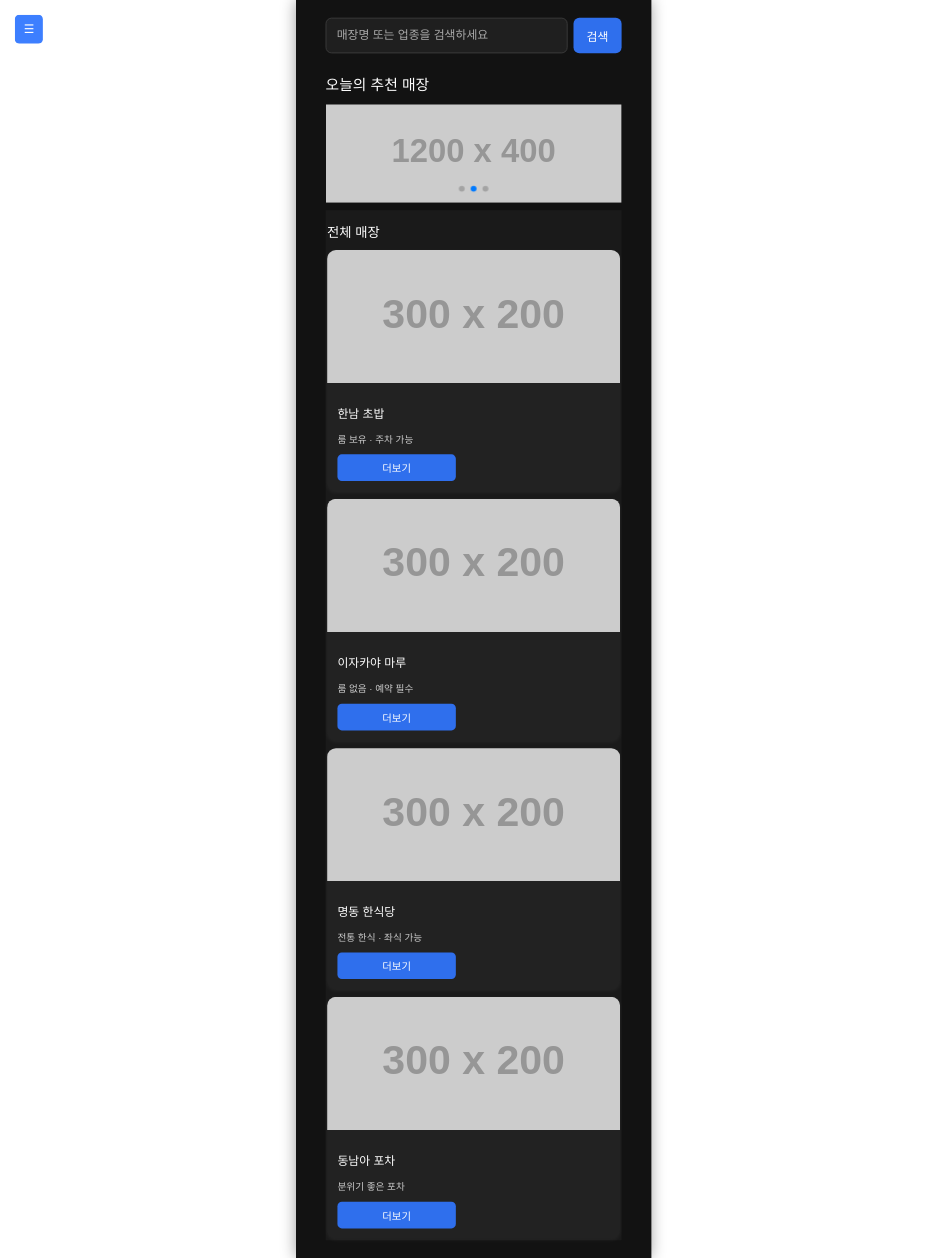
Repository: noiredex/Choplan-API
Page: / (app in choplan/frontend_main/)
These files come from the project's save history. The page is drawn as it stood at one moment and after a run of saves; the edit follows.
The browser window is 1280 px wide. The pictures show the whole page, at 74% of full size.
The project was rebuilt for these pictures with package versions that can differ from the ones it lists, and the page was loaded fresh each time. Also part of the build but not shown: choplan/frontend_main/vite.config.js, choplan/frontend_main/vite.config.ts, choplan/frontend_main/src/styles/StoreDetailPage.css, choplan/frontend_main/src/pages/StoreDetailPage.jsx.

Above is the page before, as saved 2025-10-29 10:31:37.

### choplan/frontend_main/index.html
<!doctype html>
<html lang="en">
  <head>
    <meta charset="UTF-8" />
    <link rel="icon" type="image/svg+xml" href="/vite.svg" />
    <meta name="viewport" content="width=device-width, initial-scale=1.0" />
    <title>frontend_main</title>
  </head>
  <body>
    <div id="root"></div>
    <script type="module" src="/src/main.jsx"></script>
  </body>
</html>

### choplan/frontend_main/src/App.jsx
import { Routes, Route } from "react-router-dom";
import HomePage from "./pages/HomePage";
import StoreDetailPage from "./pages/StoreDetailPage";
import "./App.css";

export default function App() {
  return (
    <Routes>
      <Route path="/" element={<HomePage />} />
      <Route path="/store/:id" element={<StoreDetailPage />} />
    </Routes>
  );
}

### choplan/frontend_main/src/pages/Homepage.jsx
import React, { useState } from "react";
import Sidebar from "../components/common/Sidebar";
import SearchBar from "../components/home/SearchBar";
import BannerSlider from "../components/home/BannerSlider";
import RecommendedStores from "../components/home/RecommendedStores";
import "../styles/HomePage.css";

export default function HomePage() {
  const [selectedCategory, setSelectedCategory] = useState("전체");
  const [searchQuery, setSearchQuery] = useState("");

  return (
    <div className="home-container">
      {/* 사이드바 */}
      <Sidebar
        selectedCategory={selectedCategory}
        onSelectCategory={setSelectedCategory}
        searchQuery={searchQuery}
      />

      {/* 메인 콘텐츠 */}
      <div className="main-content">
        <SearchBar onSearch={setSearchQuery} />

        {/* 추천 배너 */}
        <section className="banner-section">
          <h2>오늘의 추천 매장</h2>
          <BannerSlider />
        </section>

        {/* 매장 목록 */}
        <section className="store-section">
          <RecommendedStores
            category={selectedCategory}
            searchQuery={searchQuery}
          />
        </section>
      </div>
    </div>
  );
}

### choplan/frontend_main/src/App.css
/* ==============================
   App.css — 전역 스타일
   ============================== */

/* 기본 페이지 레이아웃 */
html, body {
  margin: 0;
  padding: 0;
  background-color: #181818; /* Soft Charcoal */
  color: #E0E0E0;
  font-family: 'Noto Sans KR', sans-serif;
  display: flex;
  justify-content: center;
}

/* 전체 앱을 중앙에 고정 (모바일 480px 기준) */
#root {
  width: 100%;
  max-width: 480px;
  min-height: 100vh;
  background-color: #1E1E1E;
  box-shadow: 0 0 20px rgba(0, 0, 0, 0.4);
  overflow-x: hidden;
  position: relative;
}

/* 스크롤바 다크모드 스타일 */
::-webkit-scrollbar {
  width: 6px;
}
::-webkit-scrollbar-track {
  background: #1a1a1a;
}
::-webkit-scrollbar-thumb {
  background: #444;
  border-radius: 4px;
}
::-webkit-scrollbar-thumb:hover {
  background: #555;
}

/* 공통 버튼 스타일 */
button {
  background-color: #3D7FFF;
  color: white;
  border: none;
  border-radius: 8px;
  padding: 10px 16px;
  cursor: pointer;
  transition: background-color 0.2s ease;
}
button:hover {
  background-color: #5596FF;
}

/* 링크 */
a {
  text-decoration: none;
  color: inherit;
}

### choplan/frontend_main/src/components/common/Sidebar.jsx
import React, { useState, useEffect } from "react";
import "../../styles/Sidebar.css";

export default function Sidebar({ selectedCategory, onSelectCategory, searchQuery }) {
  const [isOpen, setIsOpen] = useState(false);

  const categories = [
    "전체",
    "이자카야",
    "초밥",
    "한식",
    "양식",
    "중식",
    "동남아",
    "인도",
    "기타",
  ];

  // 검색어에 따라 자동 카테고리 선택
  useEffect(() => {
    if (searchQuery && searchQuery.trim() !== "") {
      const matched = categories.find((cat) => searchQuery.includes(cat));
      if (matched) onSelectCategory(matched);
    }
  }, [searchQuery]);

  return (
    <>
      {/* 햄버거 버튼 (항상 노출) */}
      <button
        className="sidebar-toggle"
        onClick={() => setIsOpen(!isOpen)}
        aria-label="메뉴 열기"
      >
        ☰
      </button>

      {/* 오버레이 (열릴 때만) */}
      {isOpen && <div className="overlay" onClick={() => setIsOpen(false)}></div>}

      {/* 세로형 사이드바 */}
      <aside className={`sidebar ${isOpen ? "open" : ""}`}>
        <ul className="sidebar-list">
          {categories.map((category, index) => (
            <li
              key={index}
              className={selectedCategory === category ? "active" : ""}
              onClick={() => {
                onSelectCategory(category);
                setIsOpen(false);
              }}
            >
              {category}
            </li>
          ))}
        </ul>
      </aside>
    </>
  );
}

### choplan/frontend_main/src/components/home/SearchBar.jsx
import React, { useState } from "react";
import "../../styles/SearchBar.css";

export default function SearchBar({ onSearch }) {
  const [query, setQuery] = useState("");

  const handleInputChange = (e) => {
    setQuery(e.target.value);
  };

  const handleSearch = (e) => {
    e.preventDefault();
    onSearch(query);
  };

  return (
    <form className="search-bar" onSubmit={handleSearch}>
      <input
        type="text"
        placeholder="매장명 또는 업종을 검색하세요"
        value={query}
        onChange={handleInputChange}
      />
      <button type="submit">검색</button>
    </form>
  );
}

### choplan/frontend_main/src/components/home/BannerSlider.jsx
import React from "react";
import { Swiper, SwiperSlide } from "swiper/react";
import { Autoplay, Pagination } from "swiper/modules";
import "swiper/css";
import "swiper/css/pagination";
import "../../styles/BannerSlider.css";

export default function BannerSlider() {
  const banners = [
    {
      id: 1,
      img: "https://placehold.co/1200x400/007bff/ffffff?text=오늘의+추천매장+1",
      alt: "추천 매장 1",
    },
    {
      id: 2,
      img: "https://placehold.co/1200x400/f07b00/ffffff?text=오늘의+추천매장+2",
      alt: "추천 매장 2",
    },
    {
      id: 3,
      img: "https://placehold.co/1200x400/008c4a/ffffff?text=오늘의+추천매장+3",
      alt: "추천 매장 3",
    },
  ];

  return (
    <div className="banner-slider-container">
      <Swiper
        modules={[Autoplay, Pagination]}
        pagination={{ clickable: true }}
        autoplay={{ delay: 4000, disableOnInteraction: false }}
        loop={true}
        spaceBetween={0}
        slidesPerView={1}
        className="banner-swiper"
      >
        {banners.map((banner) => (
          <SwiperSlide key={banner.id}>
            <img
              src={banner.img}
              alt={banner.alt}
              className="banner-image"
            />
          </SwiperSlide>
        ))}
      </Swiper>
    </div>
  );
}

### choplan/frontend_main/src/components/home/RecommendedStores.jsx
import React, { useEffect, useState } from "react";
import { useNavigate } from "react-router-dom";
import "../../styles/RecommendedStores.css";

export default function RecommendedStores({ category, searchQuery }) {
  const [stores, setStores] = useState([]);
  const navigate = useNavigate(); // 페이지 이동 훅

  // 예시 데이터 (실제 API 연결 시 이 부분 대체)
  const allStores = [
    { id: 1, name: "한남 초밥", category: "초밥", desc: "룸 보유 · 주차 가능", img: "https://placehold.co/300x200" },
    { id: 2, name: "이자카야 마루", category: "이자카야", desc: "룸 없음 · 예약 필수", img: "https://placehold.co/300x200" },
    { id: 3, name: "명동 한식당", category: "한식", desc: "전통 한식 · 좌식 가능", img: "https://placehold.co/300x200" },
    { id: 4, name: "동남아 포차", category: "동남아", desc: "분위기 좋은 포차", img: "https://placehold.co/300x200" },
  ];

  useEffect(() => {
    let filtered = allStores;

    // 검색어 반영
    if (searchQuery) {
      filtered = filtered.filter((store) =>
        store.name.toLowerCase().includes(searchQuery.toLowerCase())
      );
    }

    // 카테고리 반영
    if (category && category !== "전체") {
      filtered = filtered.filter((store) => store.category === category);
    }

    setStores(filtered);
  }, [category, searchQuery]);

  return (
    <div className="recommended-stores">
      <h2>{category ? category : "전체"} 매장</h2>

      <div className="store-grid">
        {stores.length > 0 ? (
          stores.map((store) => (
            <div className="store-card" key={store.id}>
              <img src={store.img} alt={store.name} />
              <div className="store-info">
                <h3>{store.name}</h3>
                <p>{store.desc}</p>
                <button onClick={() => navigate(`/store/${store.id}`)}>더보기</button>
              {/* 더보기 클릭시 /store/매장id 페이지로 이동 */}
              </div>
            </div>
          ))
        ) : (
          <p className="no-results">검색 결과가 없습니다.</p>
        )}
      </div>
    </div>
  );
}

### choplan/frontend_main/src/styles/HomePage.css
/* ===== 기본 구조 ===== */
.home-container {
  display: flex;
  flex-direction: row;
  align-items: stretch;
  justify-content: flex-start;
  width: 100%;
  min-height: 100vh;
  background-color: #121212; /* 다크모드 배경 */
  overflow: hidden;
  box-sizing: border-box;
  color: #f0f0f0;
}

/* ===== 메인 콘텐츠 ===== */
.main-content {
  flex: 1;
  display: flex;
  flex-direction: column;
  justify-content: flex-start;
  align-items: stretch;
  padding: 24px 40px;
  overflow-y: auto;
  transition: all 0.3s ease;
}

/* ===== 검색바 ===== */
.search-bar {
  margin-bottom: 10px; /* 기존보다 10px 줄임 */
}

/* ===== 베너 섹션 ===== */
.benner-section {
  text-align: center;
  margin-top: 10px; /* 기존보다 10px 줄임 */
  margin-bottom: 20px; /* 아래 ‘전체매장’ 간격 줄임 */
  display: flex;
  flex-direction: column;
  align-items: center;
}

.banner-section h2 {
  font-size: 20px; /* 기존 24px → 20px */
  font-weight: 700;
  color: #ffffff;
  margin-bottom: 12px;
}

.banner-section .swiper-container {
  width: 100%;
  max-width: 1200px;
  aspect-ratio: 16 / 9;
  border-radius: 12px;
  overflow: hidden;
  object-fit: cover;
  height: auto !important;
  flex-shrink: 0;
}

.banner-section .swiper-slide img {
  width: 100%;
  height: 100%;
  object-fit: cover;
  display: block;
}

/* ===== 추천 매장 섹션 ===== */
.store-section {
  width: 100%;
  margin-top: 10px; /* 기존보다 10px 줄임 */
  flex-grow: 1;
}

/* 반응형 대응 */
@media (max-width: 1024px) {
  .banner-section h2 {
    font-size: 18px;
  }
}

### choplan/frontend_main/src/styles/Sidebar.css
/* ==============================
   Sidebar.css — 카테고리 & 햄버거 버튼
   ============================== */

/* ===== 사이드바 전체 ===== */
.sidebar {
  position: fixed;
  top: 0;
  left: 0;
  width: 220px;
  height: 100%;
  background: #202020; /* Soft Charcoal */
  border-right: 1px solid #2c2c2c;
  overflow-y: auto;
  transform: translateX(-100%);
  transition: transform 0.3s ease-in-out;
  z-index: 1000;
}

/* 열렸을 때 */
.sidebar.open {
  transform: translateX(0);
}

/* ===== 햄버거 버튼 ===== */
.sidebar-toggle {
  position: fixed;
  top: 20px;
  left: 20px;
  z-index: 1100;
  background: #3D7FFF;
  color: white;
  border: none;
  border-radius: 6px;
  padding: 10px 12px;
  font-size: 16px;
  cursor: pointer;
  transition: background 0.2s ease;
}

.sidebar-toggle:hover {
  background: #5596FF;
}

/* ===== 카테고리 리스트 ===== */
.sidebar-list {
  list-style: none;
  margin: 70px 0 0 0; /* 버튼 아래쪽 여백 확보 */
  padding: 0;
  display: flex;
  flex-direction: column;
}

.sidebar-list li {
  padding: 14px 18px;
  color: #E0E0E0;
  font-size: 15px;
  cursor: pointer;
  border-bottom: 1px solid #2b2b2b;
  transition: all 0.2s ease;
}

.sidebar-list li:hover {
  background-color: #2a2a2a;
}

.sidebar-list li.active {
  background-color: #3D7FFF;
  color: #fff;
  font-weight: 600;
}

/* “전체” 항목 상단 고정 */
.sidebar-list li:first-child {
  position: sticky;
  top: 0;
  background: #202020;
  z-index: 3;
  font-weight: bold;
  border-bottom: 1px solid #2c2c2c;
}

/* ===== 스크롤바 ===== */
.sidebar-list::-webkit-scrollbar {
  width: 6px;
}
.sidebar-list::-webkit-scrollbar-thumb {
  background: #333;
  border-radius: 3px;
}
.sidebar-list::-webkit-scrollbar-thumb:hover {
  background: #444;
}

/* ===== 반응형 ===== */
@media (max-width: 1024px) {
  .sidebar {
    width: 220px;
  }
}

@media (max-width: 600px) {
  .sidebar {
    width: 200px;
  }

  .sidebar-list li {
    font-size: 14px;
    padding: 12px 14px;
  }

  .sidebar-toggle {
    padding: 8px 10px;
    font-size: 14px;
    top: 15px;
    left: 15px;
  }
}

### choplan/frontend_main/src/styles/SearchBar.css
.search-bar {
  display: flex;
  align-items: center; /* 세로 중앙 정렬 */
  justify-content: center;
  width: 100%;
  max-width: 600px;
  margin: 0 auto;
}

.search-bar input {
  flex: 1;
  height: 48px; /* 버튼과 동일 높이 */
  padding: 0 14px;
  border: 1px solid #444;
  border-radius: 8px;
  background-color: #1f1f1f;
  color: #f0f0f0;
  font-size: 16px;
  outline: none;
  box-sizing: border-box;
}

.search-bar input::placeholder {
  color: #aaa;
}

.search-bar button {
  height: 48px; /* input과 완전 동일 높이 */
  padding: 0 18px;
  border: none;
  background-color: #2f6fed;
  color: white;
  font-size: 16px;
  border-radius: 8px;
  margin-left: 8px; /* input과의 간격 */
  cursor: pointer;
  transition: background-color 0.2s ease;
}

.search-bar button:hover {
  background-color: #1d56c4;
}

### choplan/frontend_main/src/styles/BannerSlider.css
/* ==============================
   BannerSlider.css — 자동 슬라이드 배너
   ============================== */

/* ===== 배너 전체 ===== */
.banner-slider {
  position: relative;
  width: 100%;
  max-width: 440px;
  margin: 0 auto;
  border-radius: 12px;
  overflow: hidden;
  background-color: #2A2A2A;
  box-shadow: 0 4px 10px rgba(0, 0, 0, 0.3);
}

/* ===== 슬라이드 이미지 ===== */
.banner-slide {
  width: 100%;
  aspect-ratio: 16 / 9;
  display: flex;
  align-items: center;
  justify-content: center;
  background-color: #1E1E1E;
}

.banner-slide img {
  width: 100%;
  height: 100%;
  object-fit: cover;
  display: block;
}

/* ===== 인디케이터 점 ===== */
.banner-indicators {
  position: absolute;
  bottom: 12px;
  left: 50%;
  transform: translateX(-50%);
  display: flex;
  gap: 6px;
  z-index: 10;
}

.indicator {
  width: 8px;
  height: 8px;
  background-color: rgba(255, 255, 255, 0.4);
  border-radius: 50%;
  cursor: pointer;
  transition: background-color 0.3s;
}

.indicator.active {
  background-color: #3D7FFF;
}

/* ===== 슬라이드 전환 효과 ===== */
.swiper-slide {
  transition: transform 0.6s ease-in-out;
}

/* ===== 반응형 ===== */
@media (min-width: 1025px) {
  body {
    display: flex;
    justify-content: center;
    background-color: #181818;
  }

  #root {
    width: 480px;
  }

  .banner-slider {
    max-width: 480px;
  }
}

@media (max-width: 600px) {
  .banner-slider {
    max-width: 95%;
  }

  .banner-indicators {
    bottom: 8px;
  }

  .indicator {
    width: 7px;
    height: 7px;
  }
}

### choplan/frontend_main/src/styles/RecommendedStores.css
/* ===== 컨테이너 ===== */
.recommended-stores {
  padding: 2px;
  background: #1a1a1a;
}

/* ===== 섹션 제목 ===== */
.recommended-stores h2 {
  font-size: 18px; /* ‘오늘의 추천 매장’과 동일한 크기 */
  margin-bottom: 10px;
  font-weight: 600;
  color: #ffffff;
}

/* ===== 매장 카드 그리드 ===== */
.store-grid {
  display: grid;
  gap: 10px;
  width: 100%;
  max-width: 1200px;
  margin: 0 auto;
  grid-template-columns: repeat(auto-fit, minmax(280px, 1fr));
  transition: all 0.3s ease;
}

/* ===== 매장 카드 ===== */
.store-card {
  background: #222;
  border-radius: 12px;
  overflow: hidden;
  box-shadow: 0 2px 6px rgba(255, 255, 255, 0.05);
  display: flex;
  flex-direction: column;
  transition: transform 0.2s ease;
}

.store-card:hover {
  transform: translateY(-3px);
}

.store-card img {
  width: 100%;
  height: 180px;
  object-fit: cover;
}

.store-info {
  padding: 14px;
}

.store-info h3 {
  font-size: 16px;
  margin-bottom: 6px;
  color: #fff;
}

.store-info p {
  font-size: 13px;
  color: #ccc;
  margin-bottom: 10px;
}

.store-info button {
  width: 100%;
  max-width: 160px;
  padding: 8px 0;
  border: none;
  background-color: #2f6fed;
  color: white;
  font-size: 14px;
  border-radius: 6px;
  cursor: pointer;
  transition: background-color 0.2s ease;
}

.store-info button:hover {
  background-color: #1d56c4;
}

Loaded but not shown: choplan/frontend_main/src/main.jsx (common file); choplan/frontend_main/src/index.css (common file)

After the next 3 saves:
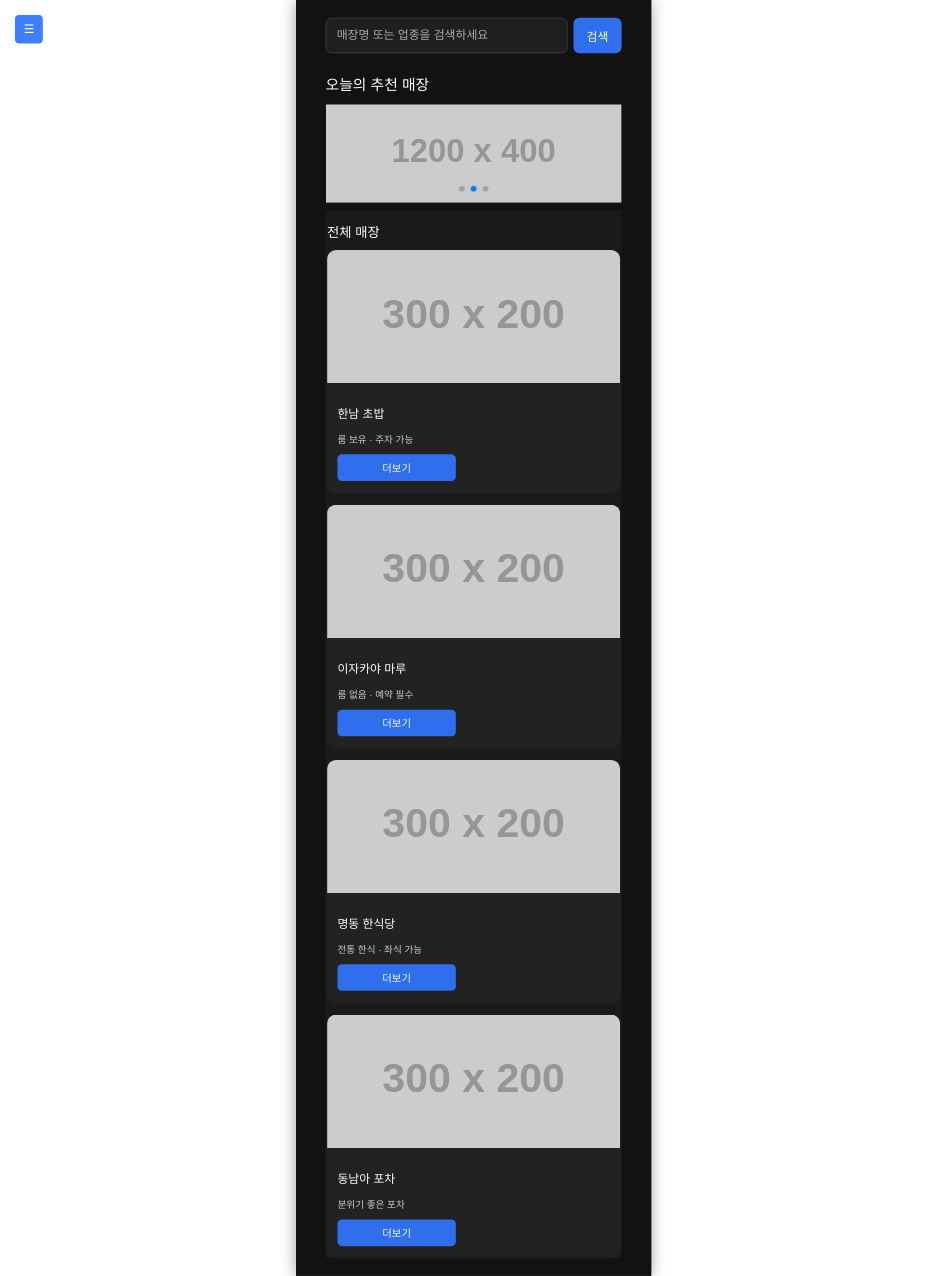
The 3 saves are shown as one change because they came seconds apart.
The last was saved 15 s later.
--- a/choplan/frontend_main/src/styles/RecommendedStores.css
+++ b/choplan/frontend_main/src/styles/RecommendedStores.css
@@ -15,7 +15,7 @@
 /* ===== 매장 카드 그리드 ===== */
 .store-grid {
   display: grid;
-  gap: 10px;
+  gap: 18px;
   width: 100%;
   max-width: 1200px;
   margin: 0 auto;
